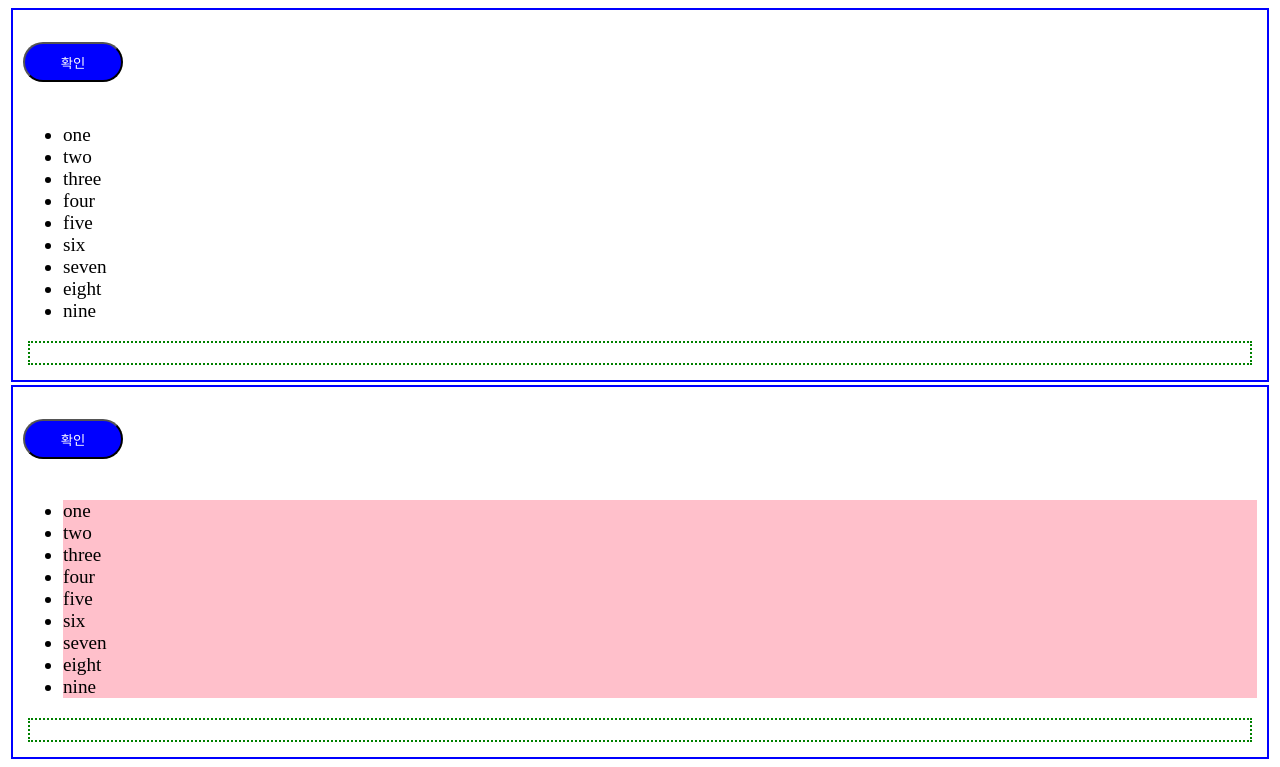
Repository: patternlobe-stack/MY_repository
Page: webpro/src/main/webapp/0915/기본필터.html
An editor plug-in stored every save of this project. The page is shown before and after the next save, followed by the edit.
The browser window is 1280 px wide. The pictures show the whole page.
After loading, the first visible `#btn2` was clicked once.

Above is the page before, as saved 2025-09-15 07:14:34.

After the next save:
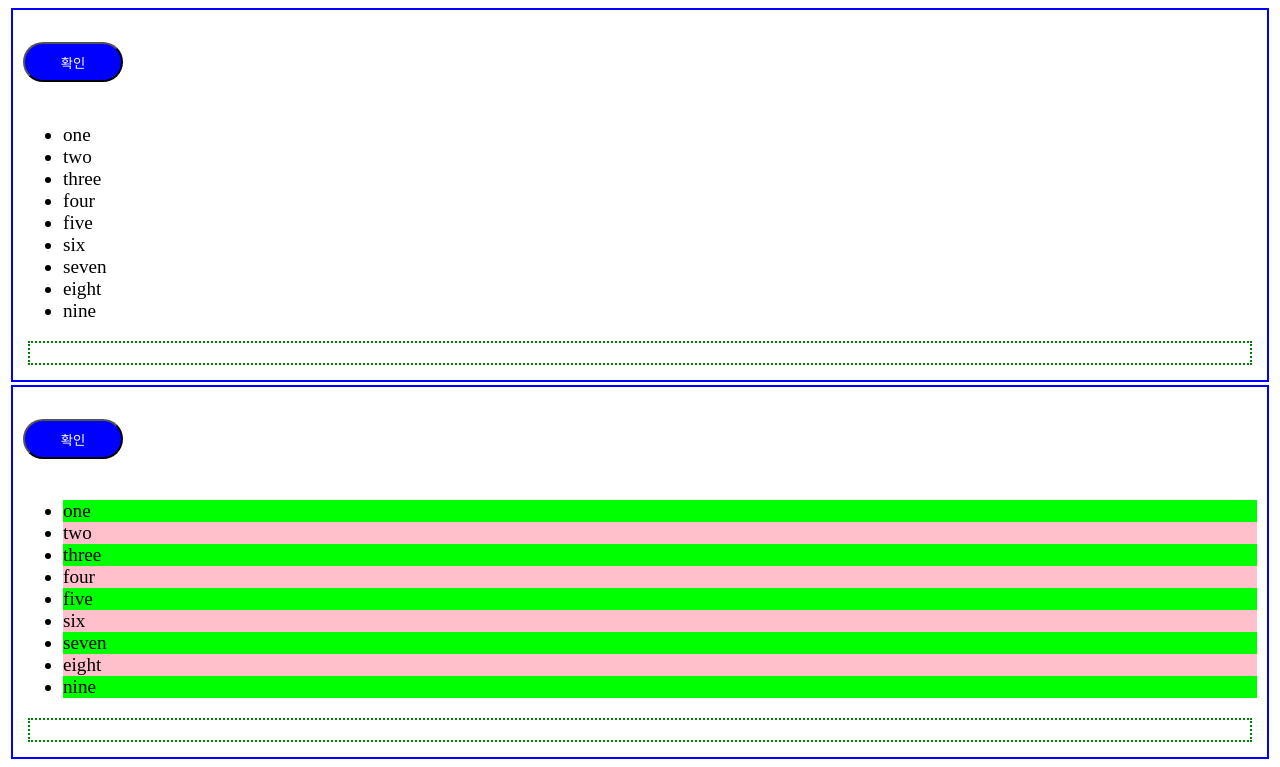
Saved 23 s later.
--- a/webpro/src/main/webapp/0915/기본필터.html
+++ b/webpro/src/main/webapp/0915/기본필터.html
@@ -35,7 +35,7 @@ $( () =>{
 
 		 $(' .box2 li:odd').css('background','pink');
 		 $(' .box2 li').odd().css('background','pink');
-		 $(' .box2 li').filter(':even').css('background','pink');
+		 $(' .box2 li').filter(':odd').css('background','pink');
 
 	 })
 })
